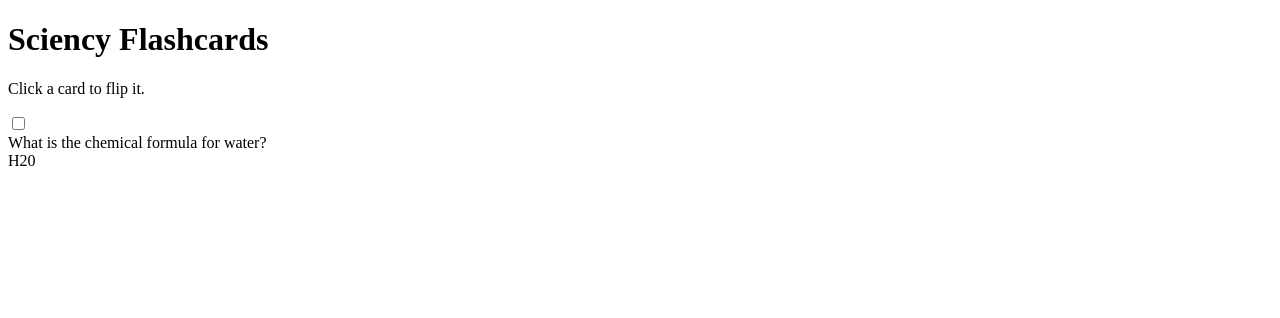
Repository: manayparikh1/ScienceFlashcards
Page: index.html
The author's editor kept a copy of each file at every save. The page is drawn from the files as they stood at one save, then again after the next save.
The browser window is 1280 px wide. The pictures show the whole page.
Some web fonts or font styles are not loaded; a fallback is used.

Above is the page before, as saved 2026-10-22 20:32:08.

### index.html
<!DOCTYPE html>
<html lang="en">

<head>
    <meta charset="utf-8">
    <meta name="viewport" content="width=device-width, initial-scale=1.0">
    <title>Sciency Flashcards</title>
    <link href="https://fonts.googleapis.com/css2?family=Comic+Neue:wght@400;700&display=swap" rel="stylesheet">
</head>

<body>
    <!-- ==html will start here==-->

    <h1>Sciency Flashcards</h1>
    <p class="hint">Click a card to flip it.</p>

    <div class="cards" <label class="card">
        <input type="checkbox">
        <div class="inner">
            <div class="front">What is the chemical formula for water?</div>
            <div class="back">H20</div>
        </div>
        </label>

After the next save:
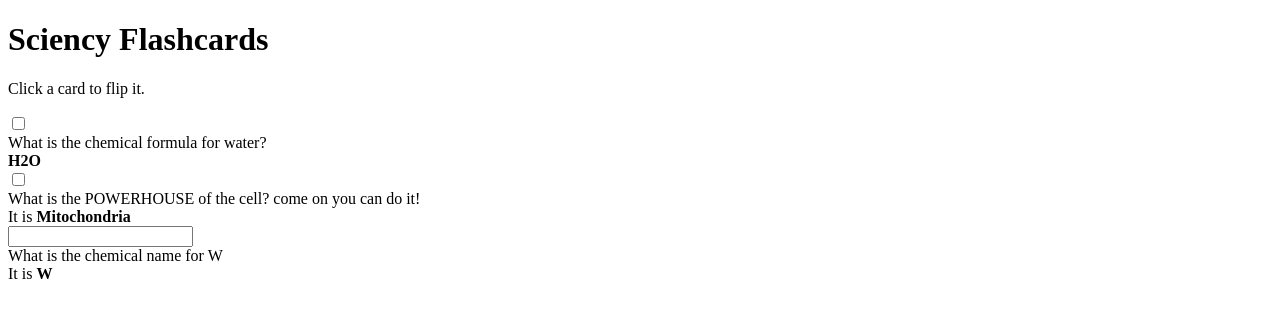
Saved 20 min 30 s later.
--- a/index.html
+++ b/index.html
@@ -14,10 +14,31 @@
     <h1>Sciency Flashcards</h1>
     <p class="hint">Click a card to flip it.</p>
 
-    <div class="cards" <label class="card">
-        <input type="checkbox">
-        <div class="inner">
-            <div class="front">What is the chemical formula for water?</div>
-            <div class="back">H20</div>
+    <div class="cards">
+        <label class="card">
+            <input type="checkbox">
+            <div class="inner">
+                <div class="front">What is the chemical formula for water?</div>
+                <div class="back"><strong>H2O</strong></div>
+            </div>
+        </label>
+
+        <div class="cards">
+            <label class="card">
+                <input type="checkbox">
+                <div class="inner">
+                    <div class="front">What is the POWERHOUSE of the cell? come on you can do it!</div>
+                    <div class="back">It is <strong>Mitochondria</strong></div>
+                </div>
+            </label>
+
+            <div class="cards">
+                <div class="card">
+                    <input class="checkbox">
+                    <div class="inner">
+                        <div class="front">What is the chemical name for W</div>
+                        <div class="back">It is <strong>W</strong></div>
+                    </div>
+                </div>
+            </div>
         </div>
-        </label>
